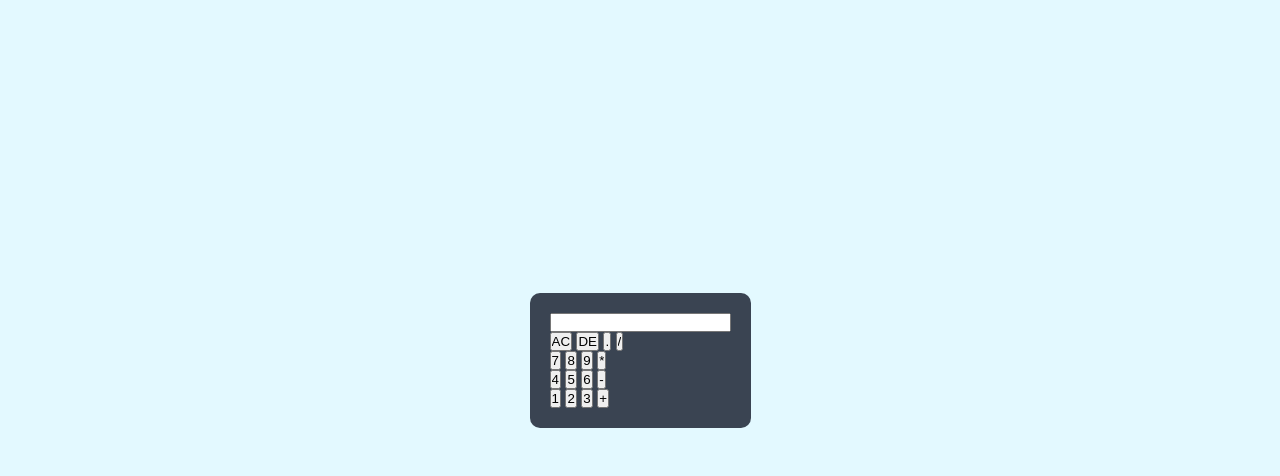
Repository: Anureet23/Calculator
Page: index.html
These files come from the project's save history. The page is drawn as it stood at one moment and after the next save; the edit follows.
The browser window is 1280 px wide. The pictures show the whole page.

Above is the page before, as saved 2023-02-07 22:47:43.

### index.html
<!DOCTYPE html>
<html>
    <head>
<meta name ="viewport" content="width=device-width,initial-scale=1.0">
<title>Calculator using JavaScript</title>
<link rel="stylesheet" href="style.css">
    </head>
    <body>
<div class="container">
<div class="calculator">
   <form>
       <div>
           <input type="text" name ="display">
       </div>
       <div>
           <input type="button" value="AC">
           <input type="button" value="DE">
           <input type="button" value=".">
           <input type="button" value="/">
       </div>
       <div>
        <input type="button" value="7">
        <input type="button" value="8">
        <input type="button" value="9">
        <input type="button" value="*">
    </div>
    <div>
        <input type="button" value="4">
        <input type="button" value="5">
        <input type="button" value="6">
        <input type="button" value="-">
    </div>
    <div>
        <input type="button" value="1">
        <input type="button" value="2">
        <input type="button" value="3">
        <input type="button" value="+">
    </div>
   </form>
</div>
</div>


    </body>
</html>

### style.css
*{
    margin:0;
    padding:0;
    font-family: 'Poppins',sans-serif;
    box-sizing: border-box;
}

.container{
    width: 100%;
    height:100vh;
    background: #e3f9ff;
    display:flex;
    align-items:center;
    justify-content: center;

}
.calculator{
    background:#3a4452;
    padding:20px;
    border-radius:10px;

}

After the next save:
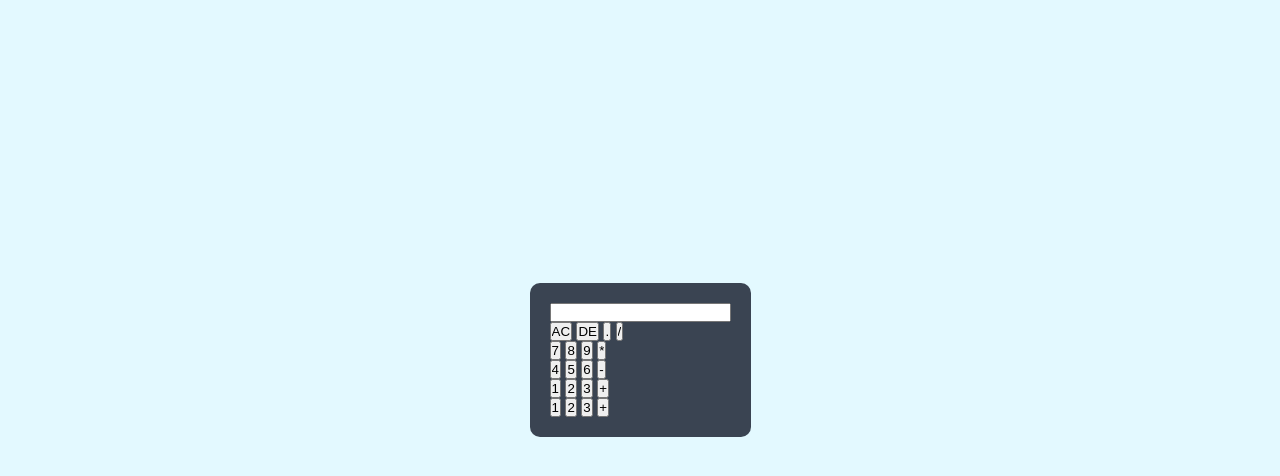
Saved 39 s later.
--- a/index.html
+++ b/index.html
@@ -36,6 +36,12 @@
         <input type="button" value="3">
         <input type="button" value="+">
     </div>
+    <div>
+        <input type="button" value="1">
+        <input type="button" value="2">
+        <input type="button" value="3">
+        <input type="button" value="+">
+    </div>
    </form>
 </div>
 </div>
